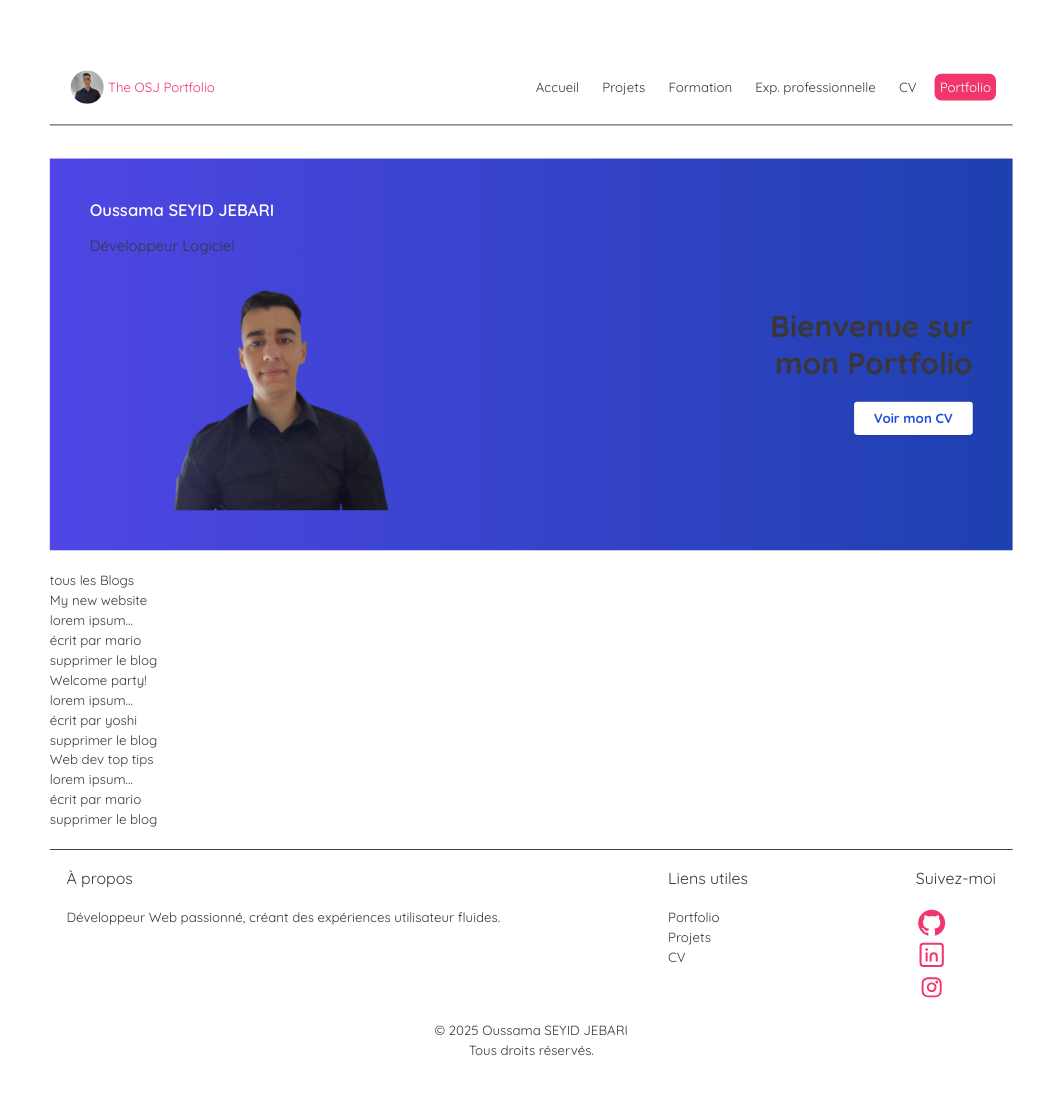
Repository: OussamSJ/Portfolio
Page: /
These files come from the project's save history. The page is drawn as it stood at one moment and after the next save; the edit follows.
The browser window is 1280 px wide. The pictures show the whole page, at 83% of full size.
The project was rebuilt for these pictures with package versions that can differ from the ones it lists, and the page was loaded fresh each time. Also part of the build but not shown: src/Random.js, src/Cv.js, src/Expcomponent.js, src/Experiences.js, src/FormationComponent.js, src/Formation.js.

Above is the page before, as saved 2025-05-08 14:53:35.

After the next save:
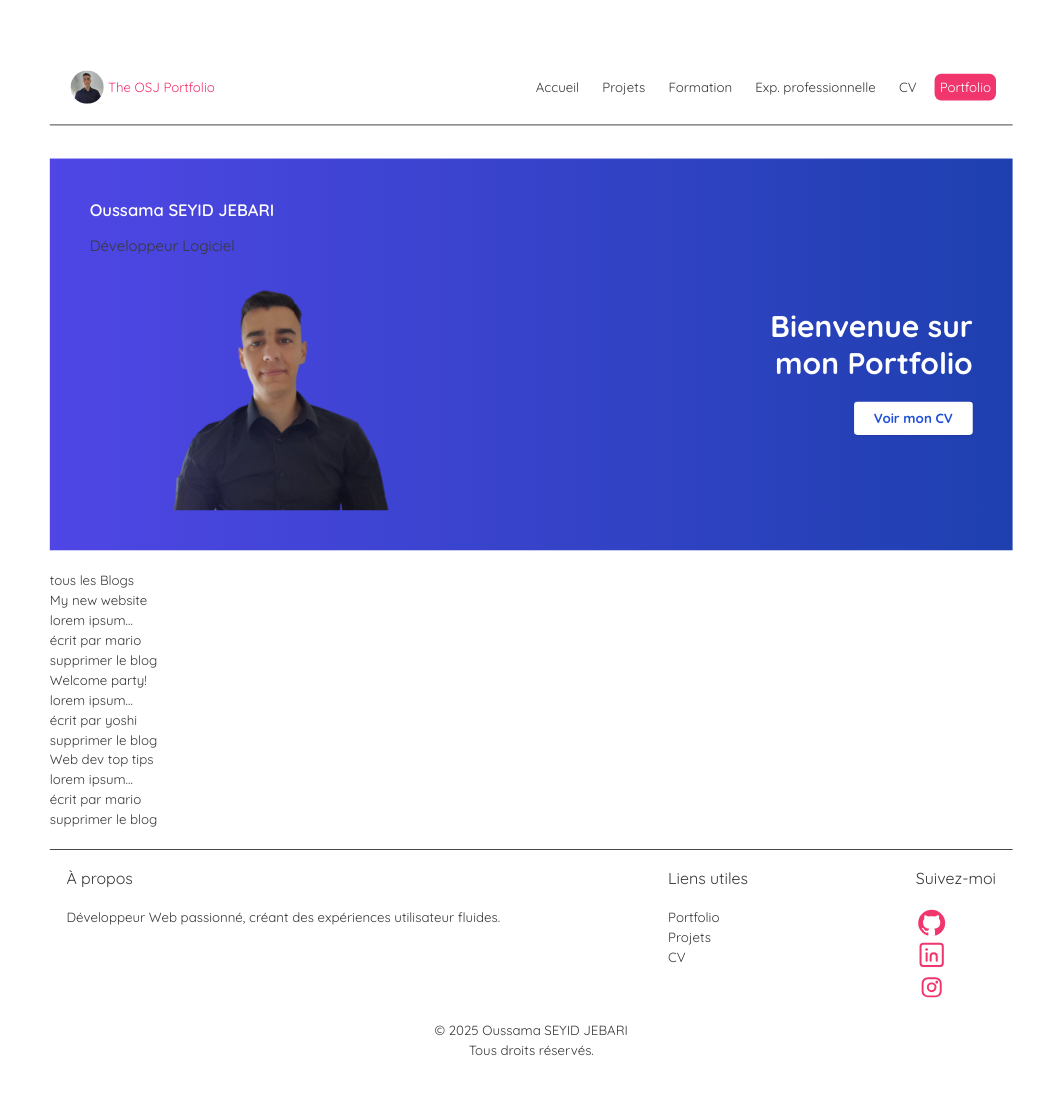
Saved 21 s later.
--- a/src/Home.js
+++ b/src/Home.js
@@ -39,7 +39,7 @@
 
 {/* Partie droite */}
 <div className="text-right max-w-md mt-10 md:mt-30">
-  <h1 className="text-4xl font-bold mb-6 leading-tight">
+  <h1 className="text-4xl text-white font-bold mb-6 leading-tight">
     Bienvenue sur <br /> mon Portfolio
   </h1>
   <button className="bg-white text-blue-700 font-bold py-2 px-6 rounded shadow hover:bg-gray-100 transition">
